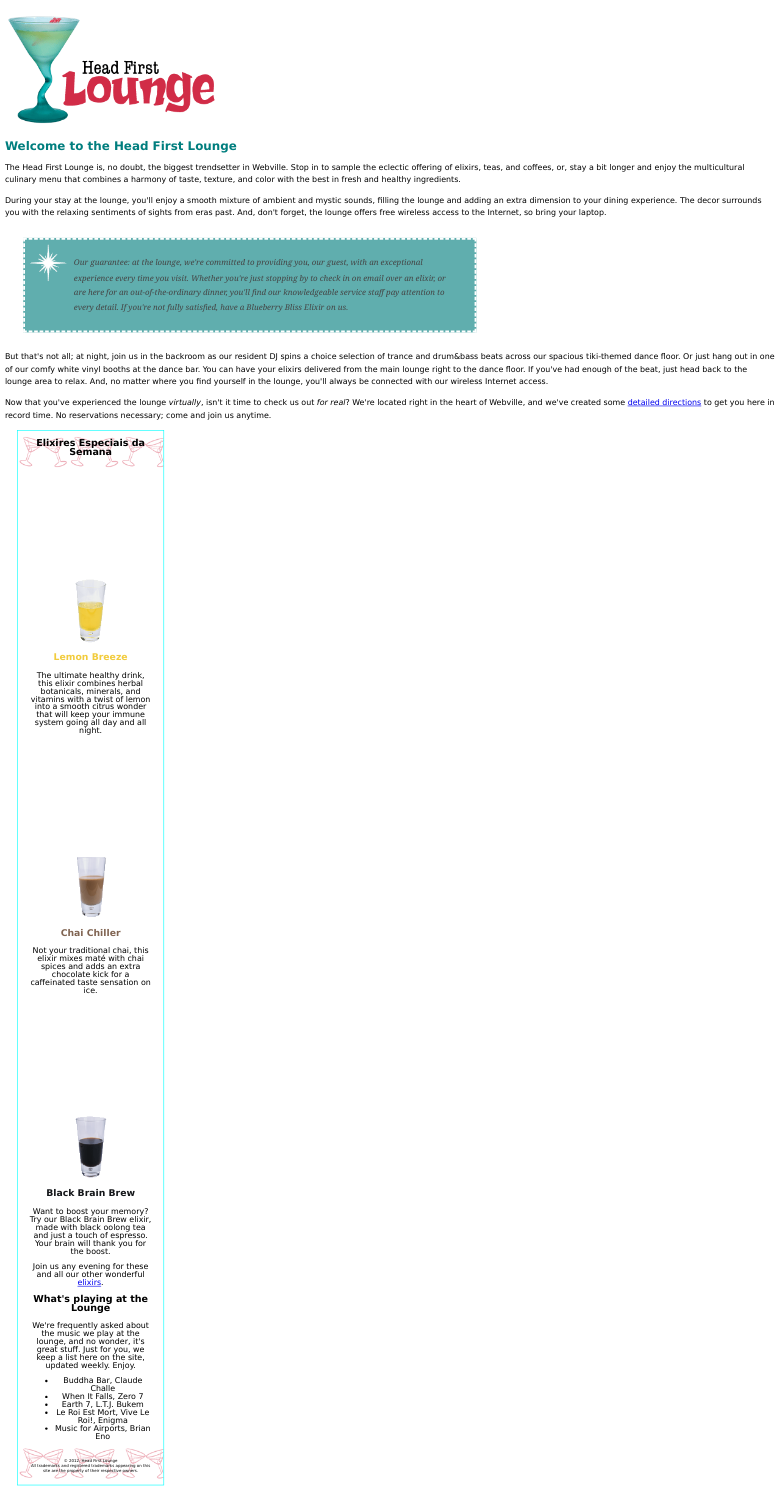
Repository: msruan/headfirst
Page: lounge/lounge.html
An editor plug-in stored every save of this project. The page is shown before and after the next save, followed by the edit.
The browser window is 1280 px wide. The pictures show the whole page, at 61% of full size.

Above is the page before, as saved 2024-03-24 11:35:32.

After the next save:
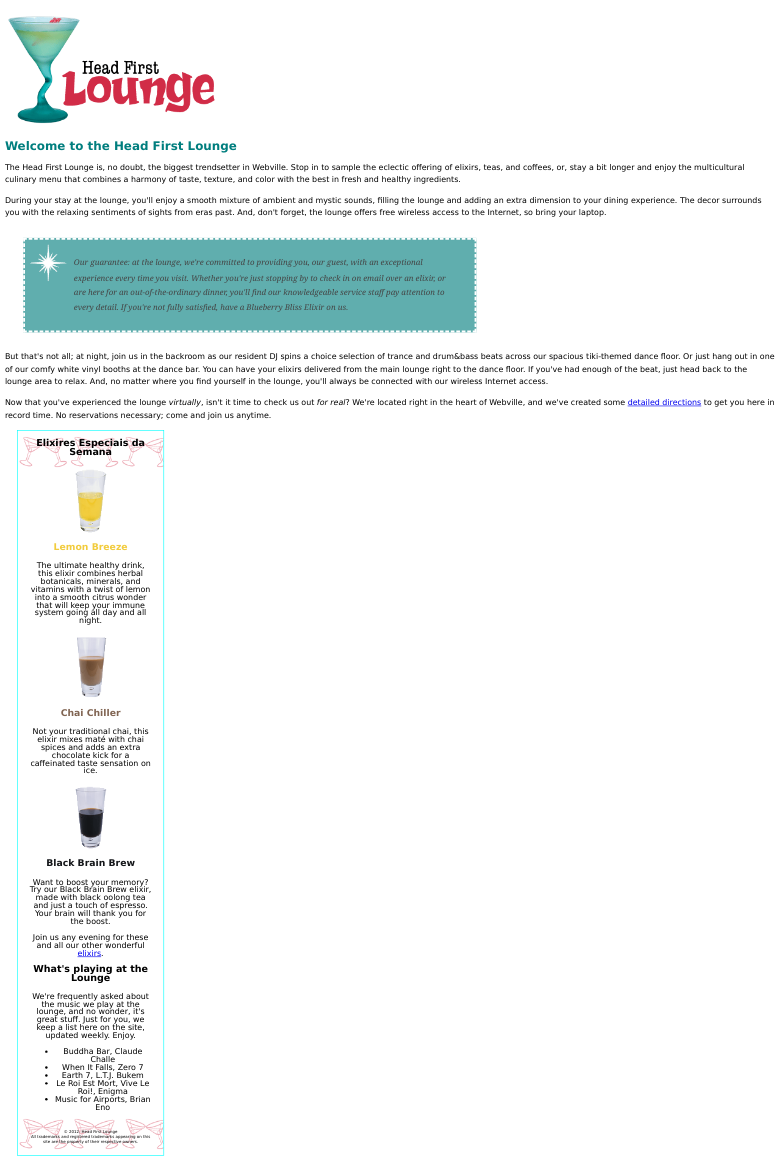
Saved 6 s later.
--- a/lounge/lounge.css
+++ b/lounge/lounge.css
@@ -46,7 +46,7 @@
 }
 
 #elixires .elixires-drink {
-  margin-top: 200px;
+  margin-top: 20px;
 }
 
 
